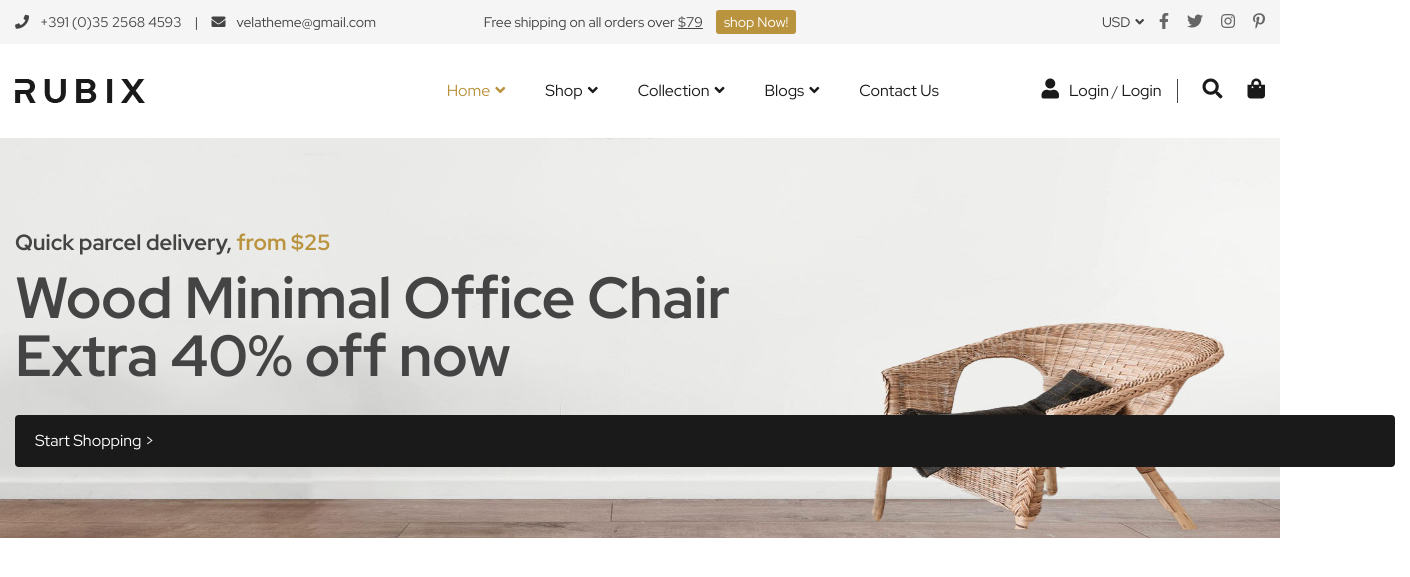
Repository: ldminh95/Gin-velademo
Page: index.html
An editor plug-in stored every save of this project. The page is shown before and after the next save, followed by the edit.
The browser window is 1280 px wide. The page is 1410 px wide, so the pictures cover 1410 px, including what lies to the right of the window. The pictures show the whole page.
The style sheet was rebuilt from its Sass, Less or Tailwind sources for each picture, by a compiler version that may differ from the author's.

Above is the page before, as saved 2023-05-28 11:21:07.

After the next save:
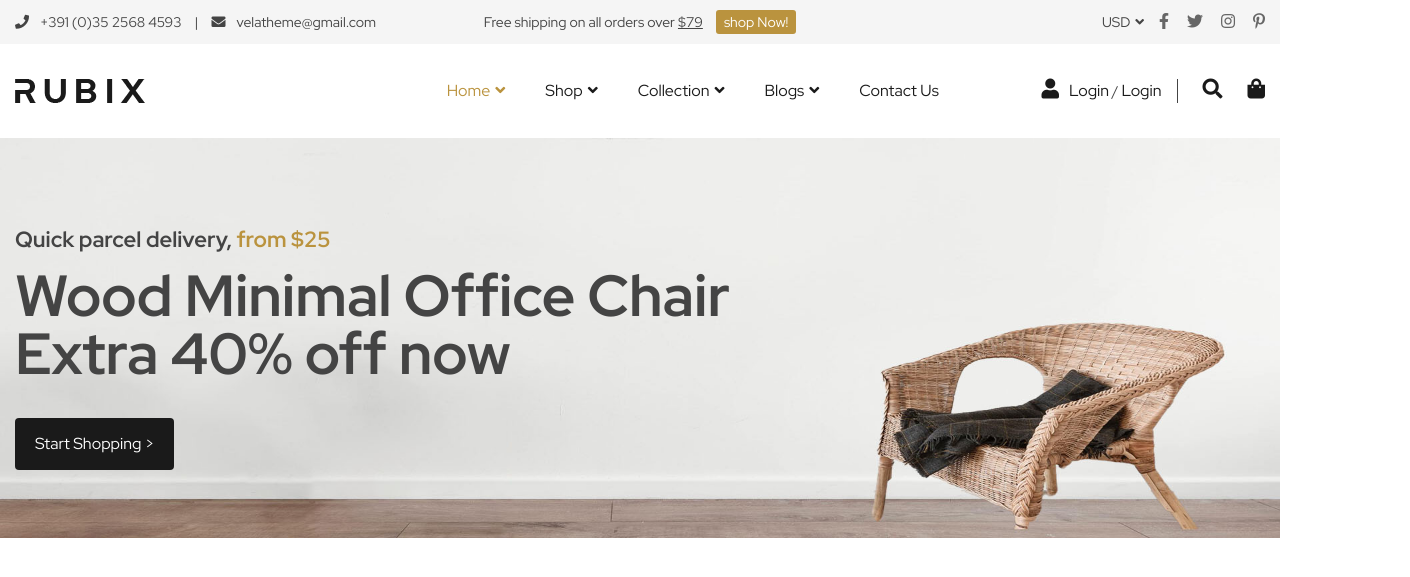
Saved 4 s later.
--- a/scss/style.scss
+++ b/scss/style.scss
@@ -201,7 +201,7 @@
                         color: var(--body-bg);
                         margin-top: 30px;
                         border-radius: 4px;
-                        display: block;
+                        display: inline-block;
                     }
                }
             }
